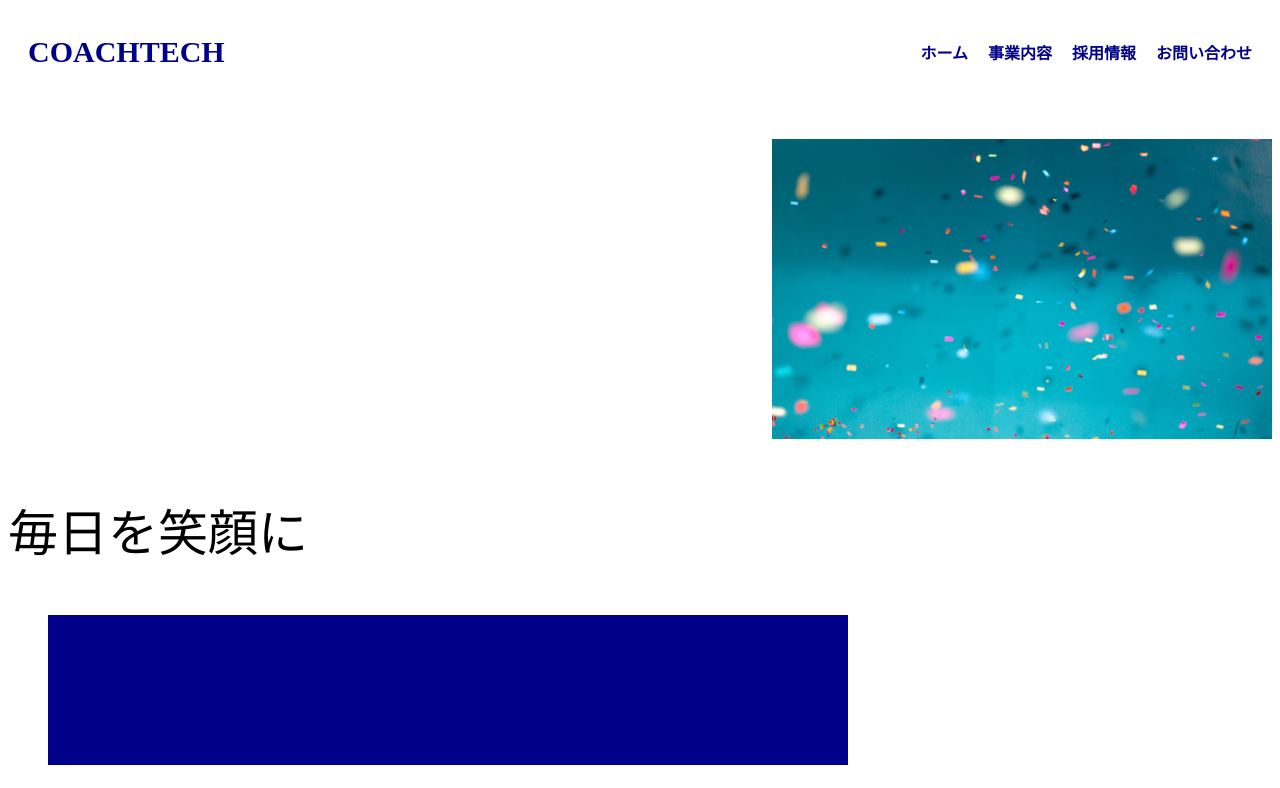
Repository: moro-ayu3/20230213_morohoshi
Page: index.html
An editor plug-in stored every save of this project. The page is shown before and after a run of saves, followed by the edit.
The browser window is 1280 px wide. The pictures show the whole page.

Above is the page before, as saved 2023-02-14 21:26:20.

### index.html
<!DOCTYPE html>
<html lang="ja">

  <head>
    <meta charset="UTF-8" />
    <meta name="viewport" content="width=device-width, initial-scale=1.0" />
    <title>css演習問題</title>
    <link rel="stylesheet" href="./style.css">
  </head>

  <body>
   <div class="homepage">
    <header class="header">
     <h1 class="header-ttl">
     COACHTECH
     </h1>
     <ul class="header-list">
      <li class="header-item">ホーム</li><li class="header-item">事業内容</li><li class="header-item">採用情報</li><li class="header-item">お問い合わせ</li>
     </ul>
    </header>
   <main>
     <div class="relative-img">
      <img src="img/firstview.jpeg" width="500" height="300"alt="firstview">
     </div>
     <div class="flex">
      <p class="main-ttl">毎日を笑顔に</p>
      <div class="absolute-blue-box"></div>
     </div>
    </main>
   </div>
  </body>

</html>

### style.css
.homepage {
  width: 100%;
}

.header {
  display: flex;
  justify-content: space-between;
  align-items: center;
  margin-top: 15px;
  color: #00008b;
}

.header-ttl {
  font-size: 30px;
  margin-left: 20px;
}

.header-list {
  display: flex;
  font-weight: bold;
  list-style: none;
}

.header-item {
  margin-right: 20px;
}

.relative-img {
  margin-top: 50px;
  position: relative;
  bottom: ;
  text-align: right;
  z-index: 10;
}

.img {
  width: 100%;
  height: auto;
}


.flex {
  display: flex;
  flex-direction: column;
}

.main-ttl {
  color: black;
  font-size: 50px;
  text-align: justify;
}

.absolute-blue-box {
  width: 800px;
  height: 150px;
  margin-bottom: 15px;
  margin-left: 40px;
  z-index: 0;
  background-color: #00008b;
}

After the next 2 saves:
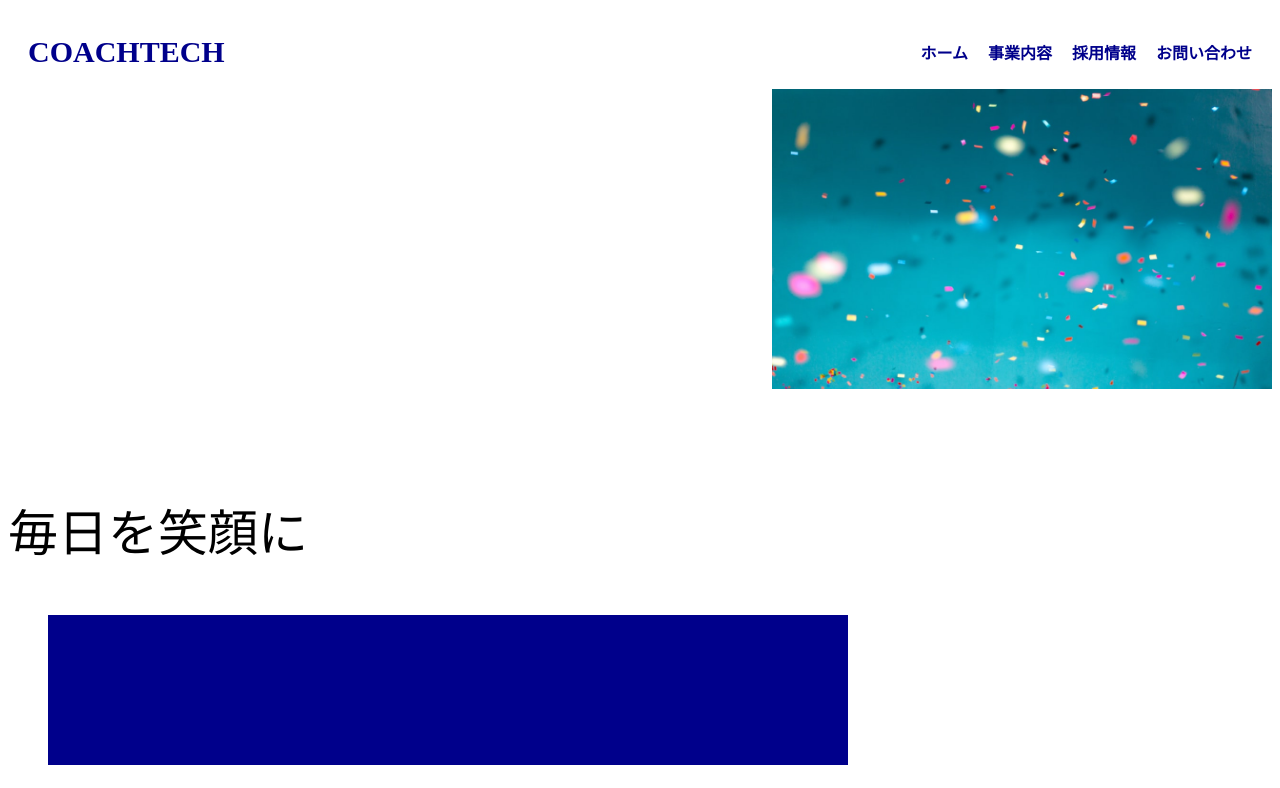
The 2 saves are shown as one change because they came seconds apart.
The last was saved 15 s later.
--- a/style.css
+++ b/style.css
@@ -28,7 +28,7 @@
 .relative-img {
   margin-top: 50px;
   position: relative;
-  bottom: ;
+  bottom: 50px;
   text-align: right;
   z-index: 10;
 }
